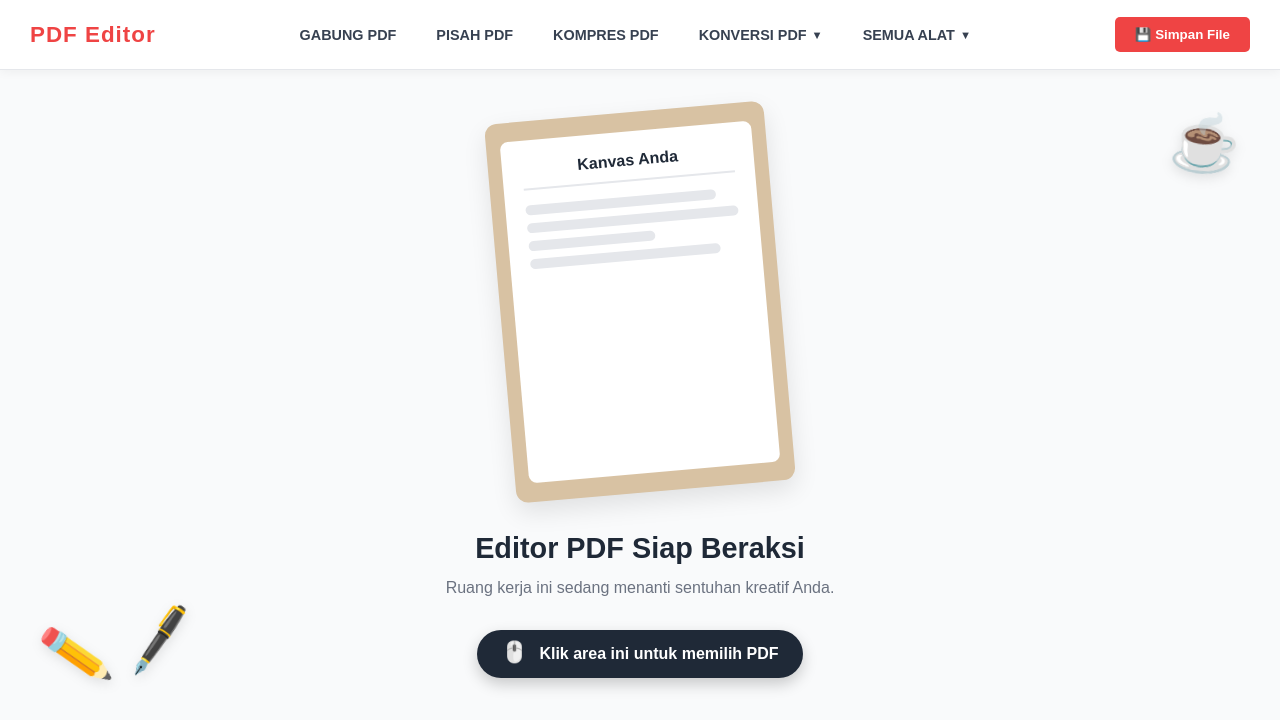
Repository: IkhsanMoekhtar/pdf_editor
Page: /
The author's editor kept a copy of each file at every save. The page is drawn from the files as they stood at one save, then again after the next save.
The browser window is 1280 px wide. The pictures show the whole page.
The project was rebuilt for these pictures with package versions that can differ from the ones it lists, and the page was loaded fresh each time. Also part of the build but not shown: vite.config.js.

Above is the page before, as saved 2026-03-18 04:59:32.

After the next save:
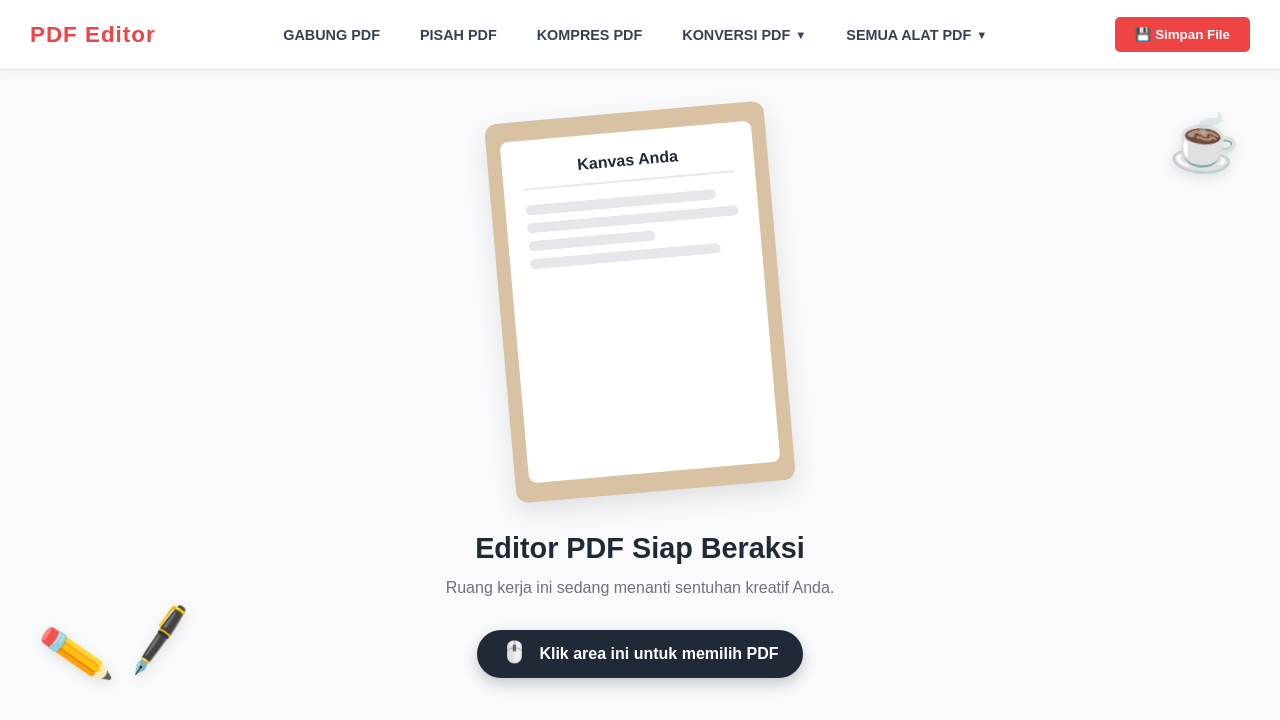
Saved 5 min 52 s later.
--- a/src/App.jsx
+++ b/src/App.jsx
@@ -46,38 +46,55 @@ function App() {
           <div className="nav-item has-dropdown">
             KONVERSI PDF <span className="arrow">▼</span>
 
-            {/* Isi Dropdown */}
             <div className="dropdown-menu mega-menu">
               <div className="dropdown-column">
                 <h4>KONVERSI KE PDF</h4>
-                <button className="dropdown-btn">🖼️ JPG ke PDF</button>
-                <button className="dropdown-btn">📝 WORD ke PDF</button>
-                <button className="dropdown-btn">📊 POWERPOINT ke PDF</button>
-                <button className="dropdown-btn">📗 EXCEL ke PDF</button>
+                <button className="dropdown-btn">
+                  <span className="doc-icon icon-jpg">J</span> JPG ke PDF
+                </button>
+                <button className="dropdown-btn">
+                  <span className="doc-icon icon-word">W</span> WORD ke PDF
+                </button>
+                <button className="dropdown-btn">
+                  <span className="doc-icon icon-ppt">P</span> POWERPOINT ke PDF
+                </button>
+                <button className="dropdown-btn">
+                  <span className="doc-icon icon-excel">X</span> EXCEL ke PDF
+                </button>
+                <button className="dropdown-btn">
+                  <span className="doc-icon icon-html">H</span> HTML ke PDF
+                </button>
               </div>
               <div className="dropdown-column">
                 <h4>KONVERSI DARI PDF</h4>
-                <button className="dropdown-btn">🖼️ PDF ke JPG</button>
-                <button className="dropdown-btn">📝 PDF ke WORD</button>
-                <button className="dropdown-btn">📊 PDF ke POWERPOINT</button>
-                <button className="dropdown-btn">📗 PDF ke EXCEL</button>
+                <button className="dropdown-btn">
+                  <span className="doc-icon icon-jpg">J</span> PDF ke JPG
+                </button>
+                <button className="dropdown-btn">
+                  <span className="doc-icon icon-word">W</span> PDF ke WORD
+                </button>
+                <button className="dropdown-btn">
+                  <span className="doc-icon icon-ppt">P</span> PDF ke POWERPOINT
+                </button>
+                <button className="dropdown-btn">
+                  <span className="doc-icon icon-excel">X</span> PDF ke EXCEL
+                </button>
+                <button className="dropdown-btn">
+                  <span className="doc-icon icon-pdf">A</span> PDF ke PDF/A
+                </button>
               </div>
             </div>
           </div>
 
-          {/* Menu Alat Edit Kita Sebelumnya */}
+          {/* Menu Alat Edit */}
           <div className="nav-item has-dropdown">
-            SEMUA ALAT <span className="arrow">▼</span>
+            SEMUA ALAT PDF <span className="arrow">▼</span>
             <div className="dropdown-menu single-menu">
-              <h4>ALAT EDITING</h4>
               <button className={`dropdown-btn ${activeTool === 'text' ? 'active' : ''}`} onClick={() => handleToolClick('text')}>
-                ✍️ Tambah Teks
+                <span className="doc-icon icon-pdf">T</span> Tambah Teks
               </button>
               <button className={`dropdown-btn ${activeTool === 'draw' ? 'active' : ''}`} onClick={() => handleToolClick('draw')}>
-                🖌️ Coretan Bebas
-              </button>
-              <button className={`dropdown-btn ${activeTool === 'highlight' ? 'active' : ''}`} onClick={() => handleToolClick('highlight')}>
-                🖍️ Highlight Area
+                <span className="doc-icon icon-pdf">C</span> Coretan Bebas
               </button>
             </div>
           </div>
